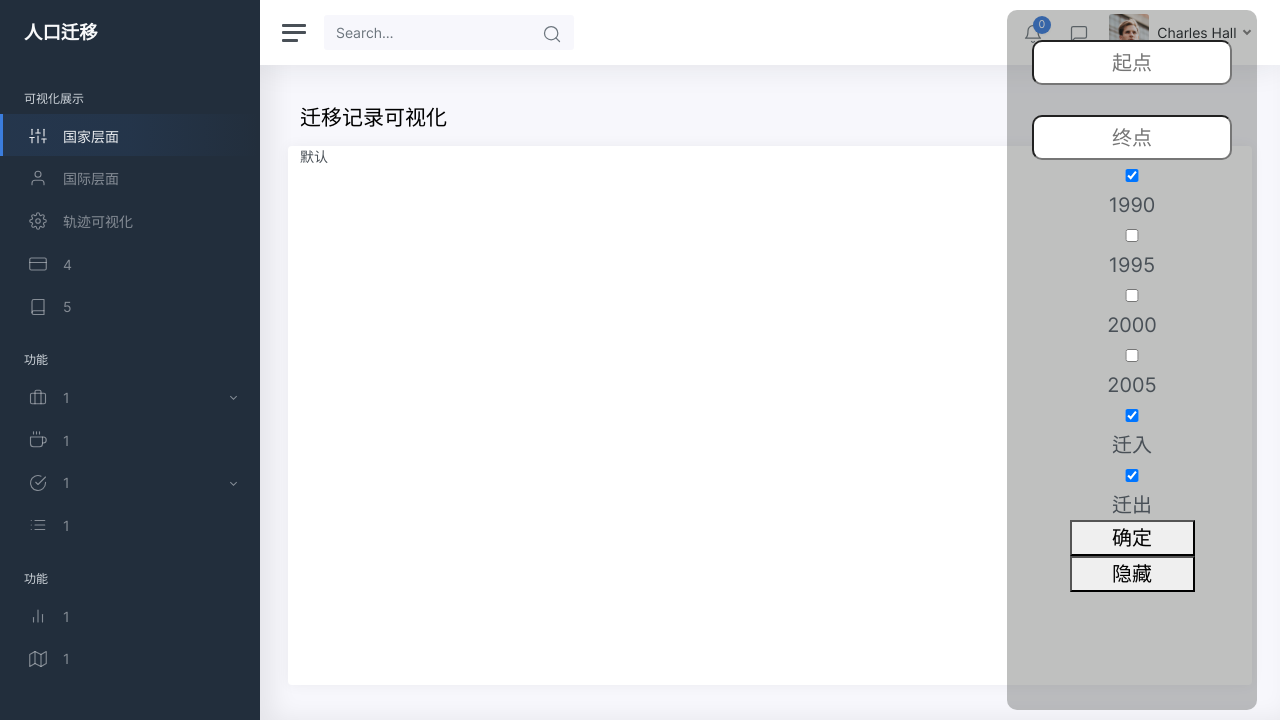
Repository: yuwei0922/WHURS-WGIS
Page: final_project/pages-profile.html
These files come from the project's save history. The page is drawn as it stood at one moment and after the next save; the edit follows.
The browser window is 1280 px wide. The pictures show the whole page.
Some web libraries are served in a nearby version.

Above is the page before, as saved 2022-12-25 20:14:02.
Not found: final_project/js/vendor.js

After the next save:
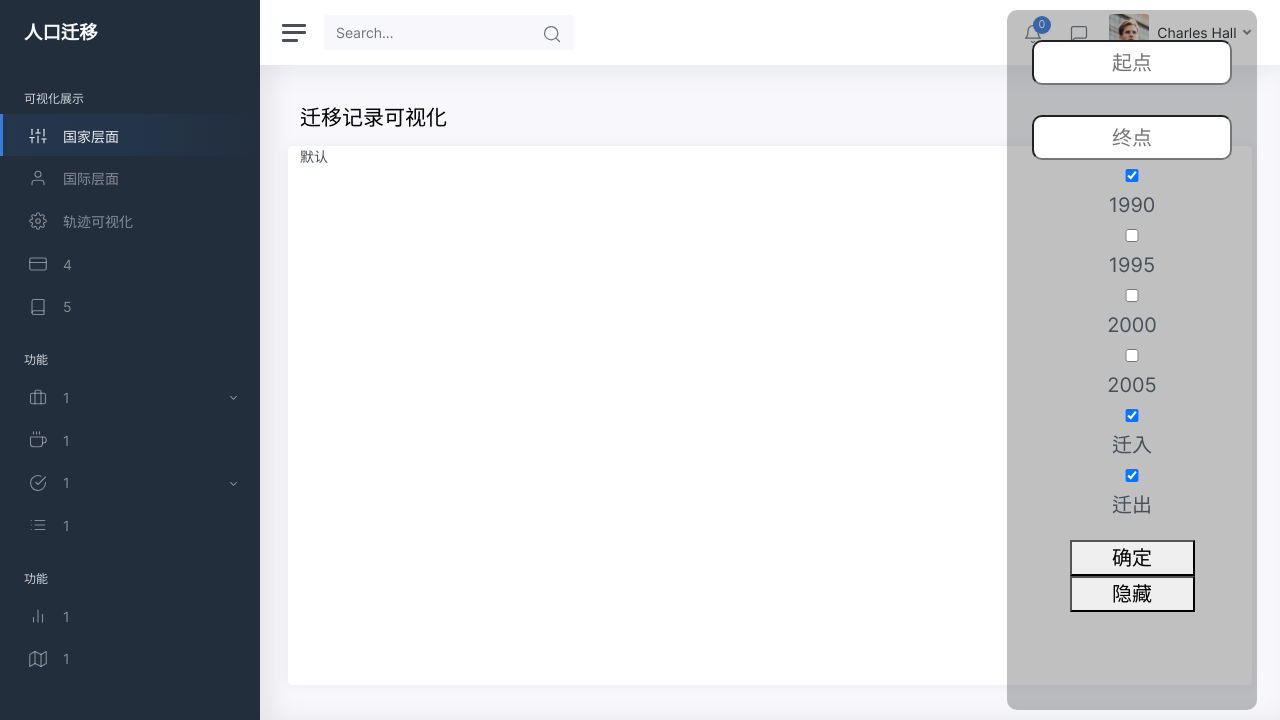
Saved 23 s later.
--- a/final_project/pages-profile.html
+++ b/final_project/pages-profile.html
@@ -336,7 +336,7 @@
 		<input type="checkbox"  id="year" value="in" class="radiosel" style="position: static;opacity: 1;" checked>迁入
 		<input type="checkbox"  id="year" value="out" class="radiosel" style="position: static;opacity: 1;" checked>迁出
 		<br>
-		<button class="submitcheck2" style="width: 50%;">确定</button>
+		<button class="submitcheck2" style="width: 50%; margin-top: 20px;">确定</button>
 		<br>
 		<button class="displaycheck" style="width: 50%;">隐藏</button>
 	</div>
